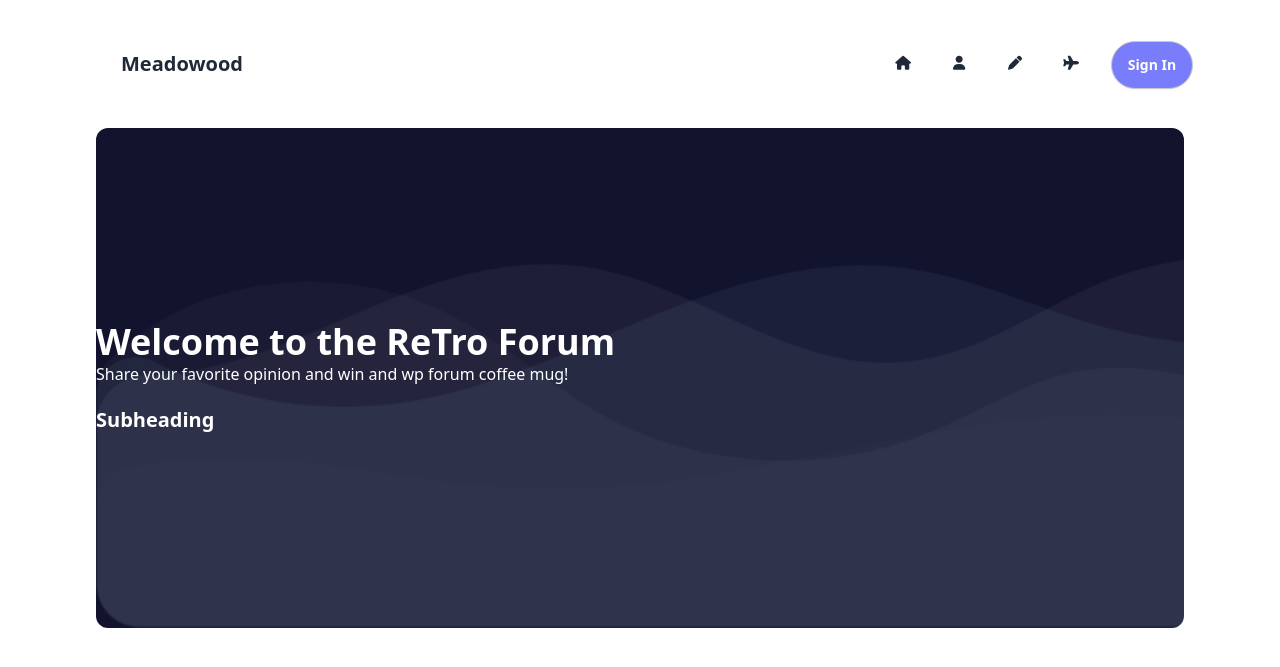
Repository: RudrasahaDibos/Meadowood-Forum
Page: index.html
The author's editor kept a copy of each file at every save. The page is drawn from the files as they stood at one save, then again after the next save.
The browser window is 1280 px wide. The pictures show the whole page.
Some web libraries are served in a nearby version.

Above is the page before, as saved 2024-11-24 12:38:44.

### index.html
<!DOCTYPE html>
<html lang="en">
    <head>
        <meta charset="UTF-8">
        <meta name="viewport" content="width=device-width, initial-scale=1.0">
        <title>Meadowood Forum</title>

        <!-- tailwind  -->
        <link
            href="https://cdn.jsdelivr.net/npm/daisyui@4.12.14/dist/full.min.css"
            rel="stylesheet" type="text/css" />
        <script src="https://cdn.tailwindcss.com"></script>

        <!-- font awesome  -->
        <link rel="stylesheet"
            href="https://cdnjs.cloudflare.com/ajax/libs/font-awesome/6.7.1/css/all.min.css"
            integrity="sha512-5Hs3dF2AEPkpNAR7UiOHba+lRSJNeM2ECkwxUIxC1Q/FLycGTbNapWXB4tP889k5T5Ju8fs4b1P5z/iB4nMfSQ=="
            crossorigin="anonymous" referrerpolicy="no-referrer" />

    </head>
    <body class="container mx-auto lg:px-24 px-8">
        <!-- header is start here  -->
        <header class="mt-8">
            <!-- navbar is start here  -->
            <div class="navbar bg-base-100">
                <div class="flex-1">
                    <a class="btn btn-ghost text-xl">Meadowood</a>
                </div>
                <div class="flex-none">
                    <div class="dropdown dropdown-end mr-6">
                        <div  role="button"
                            class="btn btn-ghost btn-circle flex w-full  ">
                            <div class="indicator rounded-full border-1 h-8 w-8 mr-4 tooltip" data-tip="home">
                                <i class="fa-solid fa-house h-5 w-5 mx-auto mt-2"></i>
                            </div>
                            <div class="indicator rounded-full border-1 h-8 w-8 mr-4 tooltip" data-tip="User">
                                <i class="fa-solid fa-user h-5 w-5 mx-auto mt-2"></i>
                            </div>
                            <div class="indicator rounded-full border-1 h-8 w-8 mr-4 tooltip" data-tip="pen">
                                <i class="fa-solid fa-pen h-5 w-5 mx-auto mt-2"></i>
                            </div>
                            <div class="indicator rounded-full border-1 h-8 w-8 mr-4 tooltip" data-tip="flight">
                                <i class="fa-solid fa-plane h-5 w-5 mx-auto mt-2"></i>
                            </div>
                        </div>

                    </div>
                    <div class="dropdown dropdown-end">
                        <div tabindex="0" role="button"
                            class="btn btn-ghost btn-circle avatar">

                                <button class="btn btn-active bg-[#797DFC] text-white rounded-full ">Sign In</button>

                        </div>
                        <ul
                            tabindex="0"
                            class="menu menu-sm dropdown-content bg-base-100 rounded-box z-[1] mt-3 w-52 p-2 shadow">
                            <li>
                                <a class="justify-between">
                                    Profile
                                    <span class="badge">New</span>
                                </a>
                            </li>
                            <li><a>Settings</a></li>
                            <li><a>Logout</a></li>
                        </ul>
                    </div>
                </div>
            </div>
            <!-- navbar is  end here  -->

             <!-- bannner start here  -->
             <div class="w-full relative bg-no-repeat bg-cover h-[500px] z-0 rounded-xl overflow-hidden mt-8 bg-[#12132D]" style="background-image: url('/images/bgbanner.png');">
                <div class="relative top-0 left-0 w-full h-full z-10  flex  justify-center flex-col gap-5 ">

                  <div>
                    <h2 class="text-4xl font-bold font-manrope text-white">Welcome to the ReTro Forum</h2>
                    <p class="text-white">Share your favorite opinion and win and wp forum coffee mug!</p>
                  </div>

                <h6 class="text-xl font-bold font-manrope text-white">Subheading</h6>

                </div>
                </div>
             <!-- bannner end here  -->




        </header>
        <!-- header is end here  -->

        <!-- main is start here  -->
        <main>

        </main>
        <!-- main is end here  -->

        <!-- footer is start here  -->

        <!-- footer is end here  -->
    </body>
</html>

After the next save:
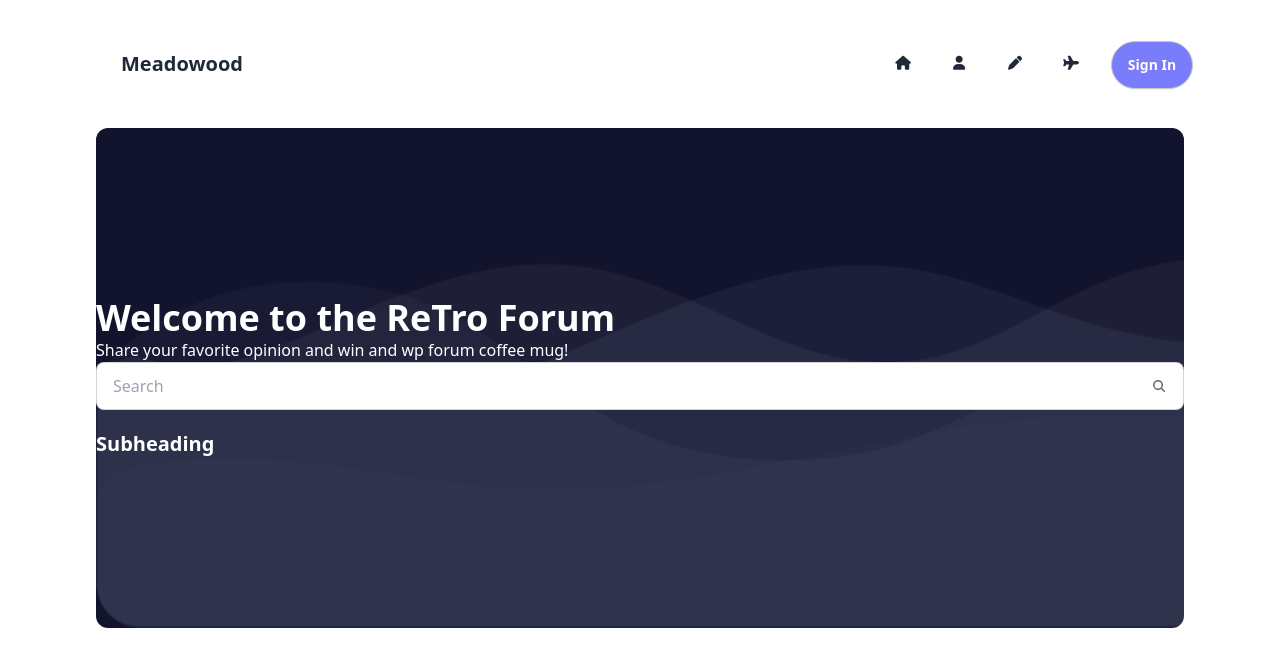
Saved 109 s later.
--- a/index.html
+++ b/index.html
@@ -76,6 +76,19 @@
                   <div>
                     <h2 class="text-4xl font-bold font-manrope text-white">Welcome to the ReTro Forum</h2>
                     <p class="text-white">Share your favorite opinion and win and wp forum coffee mug!</p>
+                    <label class="input input-bordered flex items-center gap-2">
+                        <input type="text" class="grow" placeholder="Search" />
+                        <svg
+                          xmlns="http://www.w3.org/2000/svg"
+                          viewBox="0 0 16 16"
+                          fill="currentColor"
+                          class="h-4 w-4 opacity-70">
+                          <path
+                            fill-rule="evenodd"
+                            d="M9.965 11.026a5 5 0 1 1 1.06-1.06l2.755 2.754a.75.75 0 1 1-1.06 1.06l-2.755-2.754ZM10.5 7a3.5 3.5 0 1 1-7 0 3.5 3.5 0 0 1 7 0Z"
+                            clip-rule="evenodd" />
+                        </svg>
+                      </label>
                   </div>
 
                 <h6 class="text-xl font-bold font-manrope text-white">Subheading</h6>
